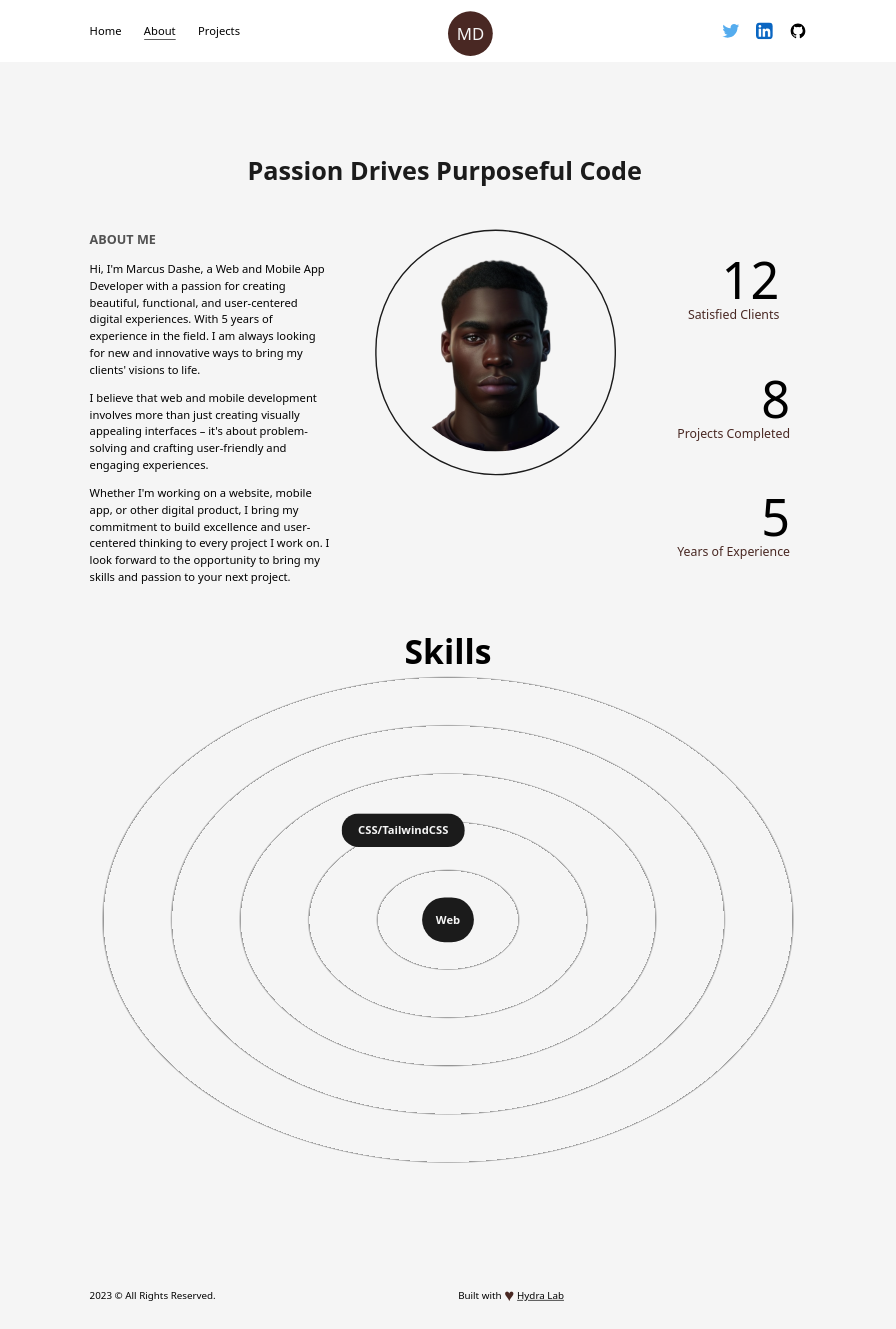
Repository: marcusdashe/situs
Page: /about
An editor plug-in stored every save of this project. The page is shown before and after the next save, followed by the edit.
The browser window is 1280 px wide. The pictures show the whole page, at 70% of full size.
The project was rebuilt for these pictures with package versions that can differ from the ones it lists, and the page was loaded fresh each time. The framework's server and built-in components were replaced by stand-ins that run in the browser.

Above is the page before, as saved 2023-07-23 12:36:50.

### src/pages/_app.js
import Footer from "@/components/Footer";
import Navbar from "@/components/Navbar";
import "@/styles/globals.css";
import Head from "next/head";
// import { IBM_Plex_Sans } from "next/font/google";

// const ibm = IBM_Plex_Sans({
//   subsets: ["latin"],
//   variable: "--font-mont",
// });

export default function App({ Component, pageProps }) {
  return (
    <>
      <Head>
        <meta name="viewport" content="width=device-width, initial-scale=1" />
        <link rel="icon" href="/favicon.ico" />
      </Head>
      <main className={`  bg-light w-full min-h-screen`}>
        <Navbar />
        <Component {...pageProps} />
        <Footer />
      </main>
    </>
  );
}

### src/components/Footer.jsx
import React from "react";
import Layout from "./Layout";
import Link from "next/link";

const Footer = () => {
  return (
    <footer className="w-full border-t-1 border-solid border-primaryDark font-medium text-sm ">
      <Layout className="py-8 flex items-center justify-between">
        <span>{new Date().getFullYear()} &copy; All Rights Reserved.</span>
        <div className="flex items-center">
          Built with{" "}
          <span className="text-primaryDark text-2xl px-1">&hearts;</span>
          <Link href="/" className="underline underline-offset-2">
            Hydra Lab
          </Link>
        </div>
        <Link href="/"></Link>
      </Layout>
    </footer>
  );
};

export default Footer;

### src/components/Navbar.jsx
import React from "react";
import { useRouter } from "next/router";
import Link from "next/link";
import Logo from "./Logo";
import { TwitterIcon, GithubIcon, LinkedInIcon } from "./Icons";
import { motion } from "framer-motion";

const CustomLink = ({ href, title, className = "" }) => {
  const router = useRouter();

  return (
    <Link href={href} className={`${className} relative group`}>
      {title}
      <span
        className={`h-[1px] inline-block bg-dark absolute left-0 -bottom-0.5 group-hover:w-full transition-[width] ease duration-300 ${
          router.asPath === href ? "w-full" : "w-0"
        }`}
      >
        &nbsp;
      </span>
    </Link>
  );
};

const Navbar = () => {
  return (
    <header
      className="w-full px-32 py-8 font-medium
            flex items-center justify-between sticky top-0 z-10 bg-white"
    >
      <nav>
        <CustomLink href="/" title="Home" className="mr-4" />
        <CustomLink href="/about" title="About" className="mx-4" />
        <CustomLink href="/projects" title="Projects" className="mx-4" />
        {/* <CustomLink href="/articles" title="Articles" className="ml-4" /> */}
      </nav>

      <nav className="flex items-center justify-center flex-wrap">
        <motion.a
          href="https://www.twitter.com/marcusdashe"
          target={"_blank"}
          whileHover={{
            y: -2,
          }}
          whileTap={{ scale: 0.9 }}
          className="w-6 mx-3"
        >
          <TwitterIcon className="" />
        </motion.a>
        <motion.a
          href="https://www.linkedin.com/in/marcus-dashe-15a088202"
          target={"_blank"}
          whileHover={{
            y: -2,
          }}
          whileTap={{ scale: 0.9 }}
          className="w-6 mx-3"
        >
          <LinkedInIcon />
        </motion.a>
        <motion.a
          href="https://www.github.com/marcusdashe"
          target={"_blank"}
          whileHover={{
            y: -2,
          }}
          whileTap={{ scale: 0.9 }}
          className="w-6 ml-3"
        >
          <GithubIcon />
        </motion.a>
      </nav>
      <div className="absolute left-[50%] top-2 translate-x-[-50]">
        <Logo />
      </div>
    </header>
  );
};

export default Navbar;

### src/styles/globals.css
@import url("https://fonts.googleapis.com/css2?family=IBM+Plex+Sans:ital,wght@0,100;0,200;0,300;1,100;1,200&family=Inter:wght@300;400;500;600;700;800;900&display=swap");

@tailwind base;
@tailwind components;
@tailwind utilities;

### src/components/AnimatedText.jsx
import React from "react";
import { motion } from "framer-motion";

const quote = {
  initial: {
    opacity: 1,
  },
  animate: {
    opacity: 1,
    transition: {
      delay: 0.5,
      staggerChildren: 0.08,
    },
  },
};

const singleWord = {
  initial: {
    opacity: 0,
    y: 50,
  },
  animate: {
    opacity: 1,
    y: 0,
    transition: {
      duration: 1,
    },
  },
};

const AnimatedText = ({ text, className = "" }) => {
  return (
    <div className="w-full mx-auto py-2 flex items-center justify-center text-center overflow-hidden ">
      <motion.h1
        className={`inline-block w-full text-dark font-bold capitalize text-4xl ${className}`}
        variants={quote}
        initial="initial"
        animate="animate"
      >
        {text.split(" ").map((word, index) => (
          <motion.span
            key={index}
            className="inline-block"
            variants={singleWord}
          >
            {word}&nbsp;
          </motion.span>
        ))}
      </motion.h1>
    </div>
  );
};

export default AnimatedText;

### src/components/Layout.jsx
import React from "react";

const Layout = ({ children, className = "" }) => {
  return (
    <div className={`${className} w-full inline-block z-0 bg-light p-32`}>
      {children}
    </div>
  );
};

export default Layout;

### src/components/Skills.jsx
import React from "react";
import { motion } from "framer-motion";

const Skill = ({ name, x, y }) => {
  return (
    <motion.div
      className="flex items-center justify-center rounded-full font-semibold bg-dark text-light  py-3 px-6 shadow-dark cursor-pointer absolute"
      whileHover={{ scale: 1.05 }}
      initial={{ x: 0, y: 0 }}
      animate={{ x: x, y: y }}
      transition={{ duration: 1.5 }}
    >
      {name}
    </motion.div>
  );
};

const Skills = () => {
  return (
    <>
      <h2 className="font-bold text-5xl mt-[70px] w-full text-center">
        Skills
      </h2>
      <div className="w-full h-screen relative flex items-center justify-center rounded-full bg-circularLight">
        <motion.div
          className="flex items-center justify-center rounded-full font-semibold bg-dark text-light  p-5 shadow-dark cursor-pointer"
          whileHover={{ scale: 1.05 }}
        >
          Web
        </motion.div>

        <Skill name="CSS/TailwindCSS" x="-5vw" y="-10vw" />
      </div>
    </>
  );
};

export default Skills;

### src/components/Logo.jsx
"use client";

import React from "react";
import Link from "next/link";
import { motion } from "framer-motion";

const MotionLink = motion(Link);

const Logo = () => {
  return (
    <div className="flex items-center justify-center mt-2">
      <MotionLink
        href="/"
        className="w-16 h-16 bg-primaryDark text-light flex items-center
        justify-center rounded-full text-2xl  hover
      "
        whileHover={{
          scale: 1.5,
          backgroundColor: [
            "#121212",
            "rgba(131,58,180,1)",
            "rgba(253,29,29,1)",
            "rgba(252,176,69,1)",
            "rgba(131,58,180,1)",
            "#121212",
          ],
          transition: {
            duration: 1,
            repeat: Infinity,
          },
        }}
      >
        MD
      </MotionLink>
    </div>
  );
};

export default Logo;

Loaded but not shown: src/pages/about.js (120 lines, source omitted); tailwind.config.js (34 lines, source omitted); src/components/Icons.jsx (474 lines, source omitted)

After the next save:
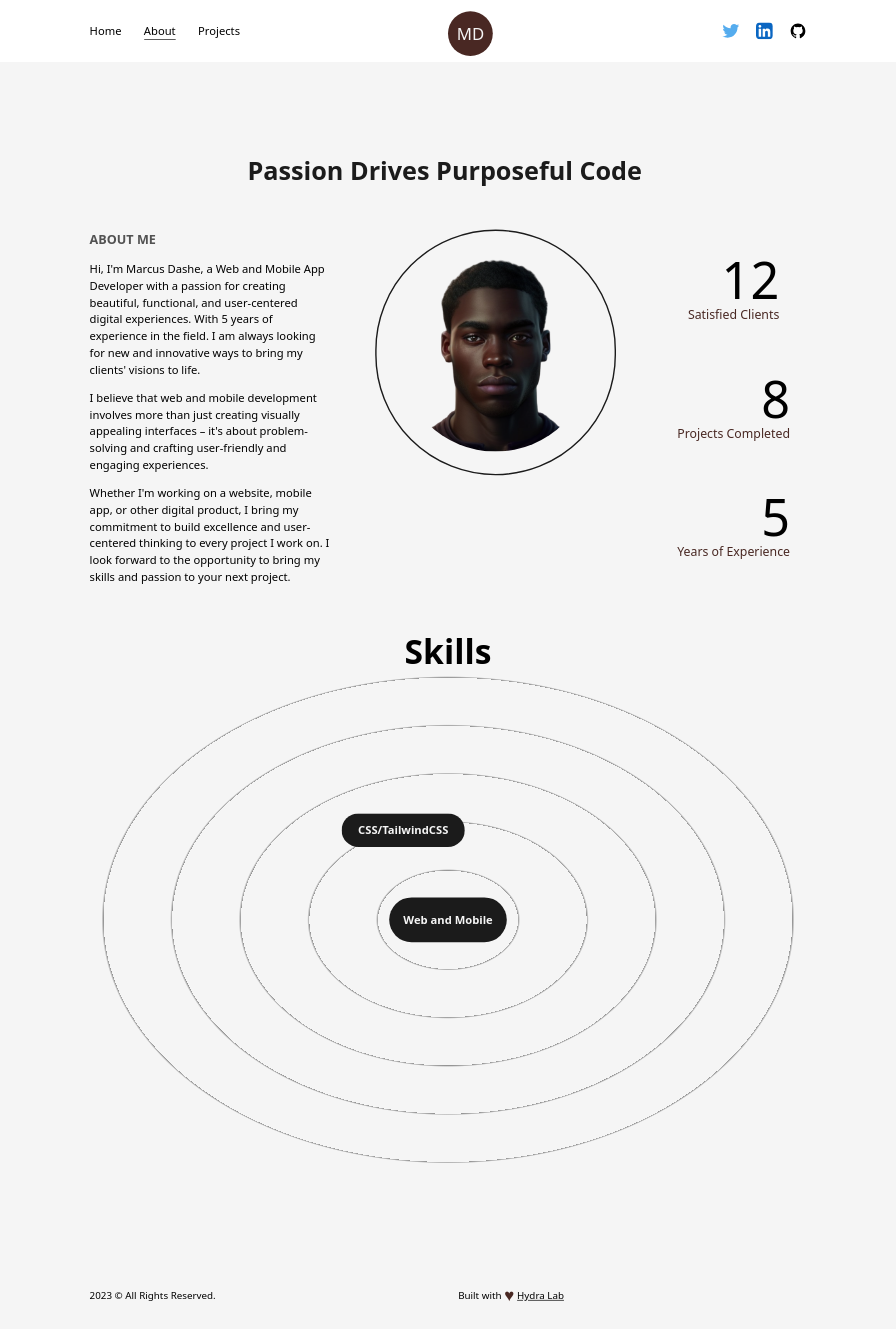
Saved 28 s later.
--- a/src/components/Skills.jsx
+++ b/src/components/Skills.jsx
@@ -26,7 +26,7 @@ const Skills = () => {
           className="flex items-center justify-center rounded-full font-semibold bg-dark text-light  p-5 shadow-dark cursor-pointer"
           whileHover={{ scale: 1.05 }}
         >
-          Web
+          Web and Mobile
         </motion.div>
 
         <Skill name="CSS/TailwindCSS" x="-5vw" y="-10vw" />
